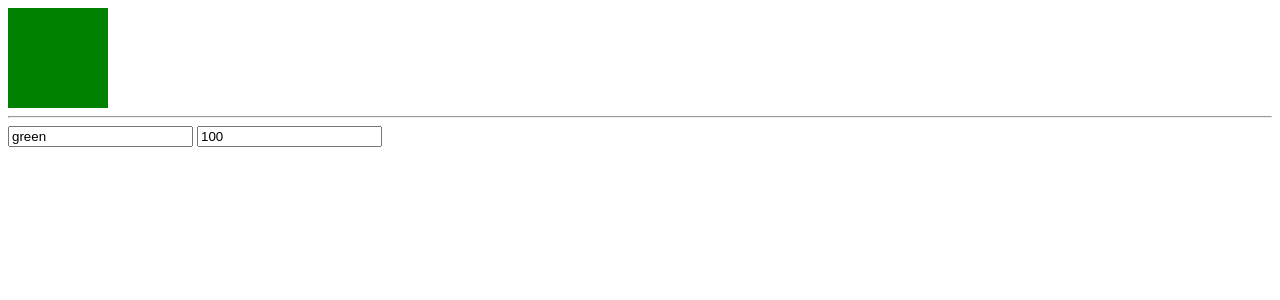
Repository: wojkos/Learn
Page: Vue/index7.html
The author's editor kept a copy of each file at every save. The page is drawn from the files as they stood at one save, then again after the next save.
The browser window is 1280 px wide. The pictures show the whole page.

Above is the page before, as saved 2018-04-10 23:14:37.

After the next save:
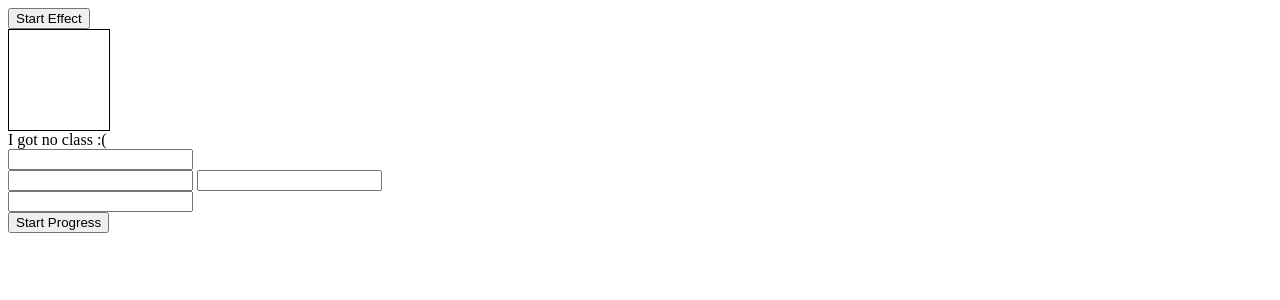
Saved 20 s later.
--- a/Vue/index7.html
+++ b/Vue/index7.html
@@ -26,16 +26,35 @@
 </head>
 
 <body>
-    <div id="app">
-        <div class="demo" @click="attachRed = !attachRed" :class="divClasses"></div>
-        <div class="demo" :class="{red: attachRed}"></div>
-        <div class="demo" :class="[color, {red: attachRed}]"></div>
-        <div class="demo" :style="{backgroundColor: color}"></div>
-        <div class="demo" :style="myStyle"></div>
-        <div class="demo" :style="[myStyle, {height: width + 'px'}]"></div>
-        <hr>
-        <input type="text" v-model="color">
-        <input type="text" v-model="width">
+    <div id="exercise">
+        <!-- 1) Start the Effect with the Button. The Effect should alternate the "highlight" or "shrink" class on each new setInterval tick (attach respective class to the div with id "effect" below) -->
+        <div>
+            <button @click="startEffect">Start Effect</button>
+            <div id="effect"></div>
+        </div>
+        <!-- 2) Create a couple of CSS classes and attach them via the array syntax -->
+        <div>I got no class :(</div>
+        <!-- 3) Let the user enter a class (create some example classes) and attach it -->
+        <div>
+            <input type="text">
+            <div></div>
+        </div>
+        <!-- 4) Let the user enter a class and enter true/ false for another class (create some example classes) and attach the classes -->
+        <div>
+            <input type="text">
+            <input type="text">
+            <div></div>
+        </div>
+        <!-- 5) Repeat 3) but now with values for styles (instead of class names). Attach the respective styles.  -->
+        <div>
+            <input type="text">
+            <div></div>
+        </div>
+        <!-- 6) Create a simple progress bar with setInterval and style bindings. Start it by hitting the below button. -->
+        <div>
+            <button v-on:click="startProgress">Start Progress</button>
+            <div></div>
+        </div>
     </div>
 
 
